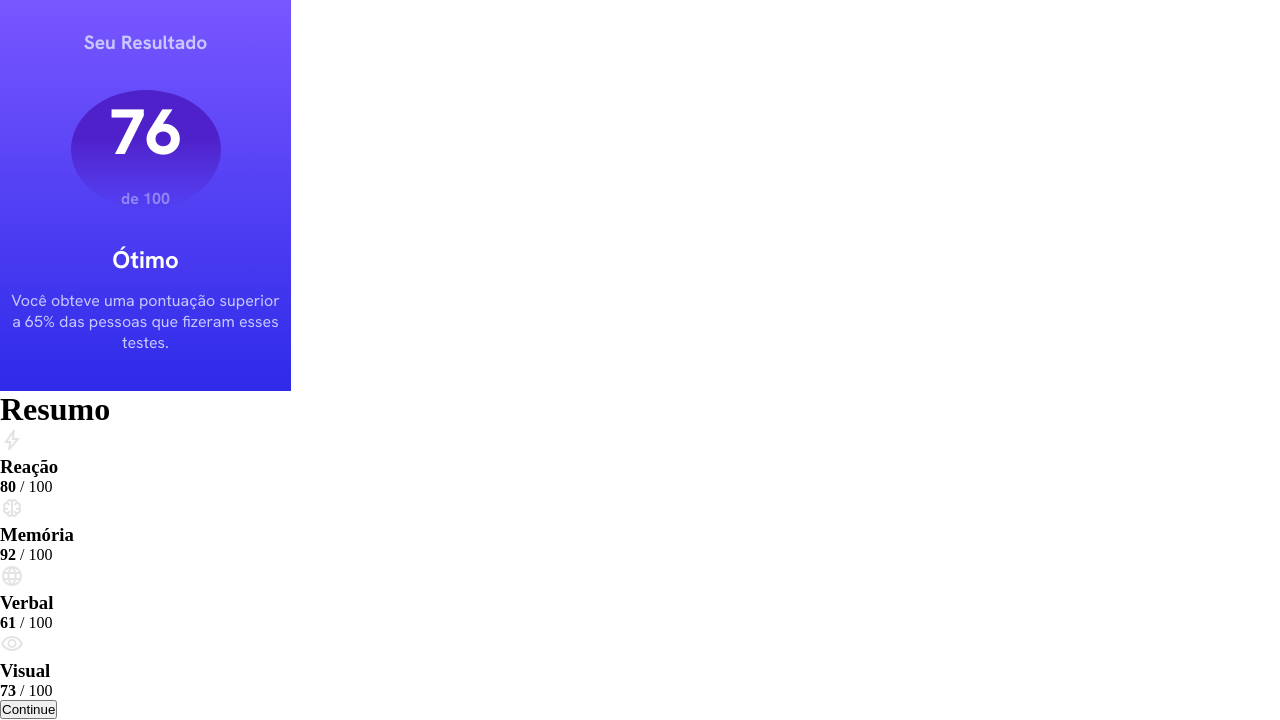
Repository: caique2512/resumo-de-resultados
Page: index.html
An editor plug-in stored every save of this project. The page is shown before and after the next save, followed by the edit.
The browser window is 1280 px wide. The pictures show the whole page.

Above is the page before, as saved 2026-03-09 16:52:39.

After the next save:
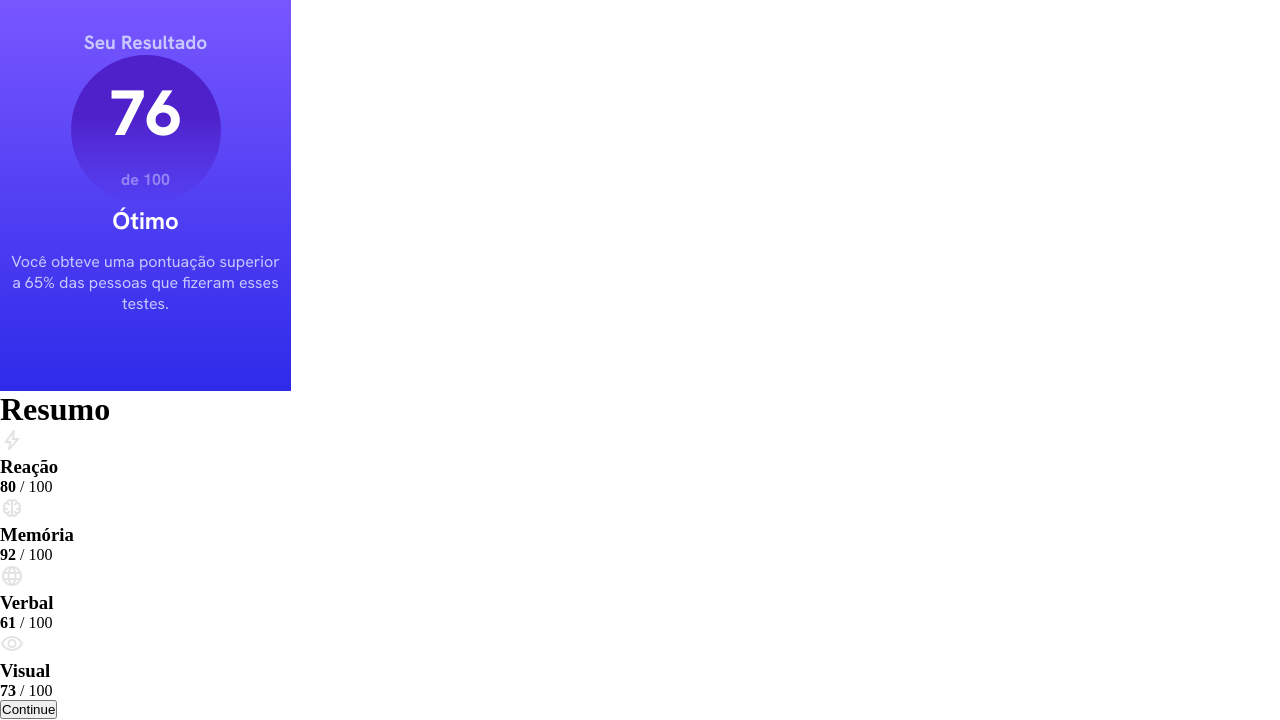
Saved 6 s later.
--- a/src/css/estilos.css
+++ b/src/css/estilos.css
@@ -26,7 +26,7 @@
     align-items: center;
     justify-content: center;
     flex-direction: column;
-    margin: 35px 35px;
+
 }
 
 .circulo h2 {

After the save that followed:
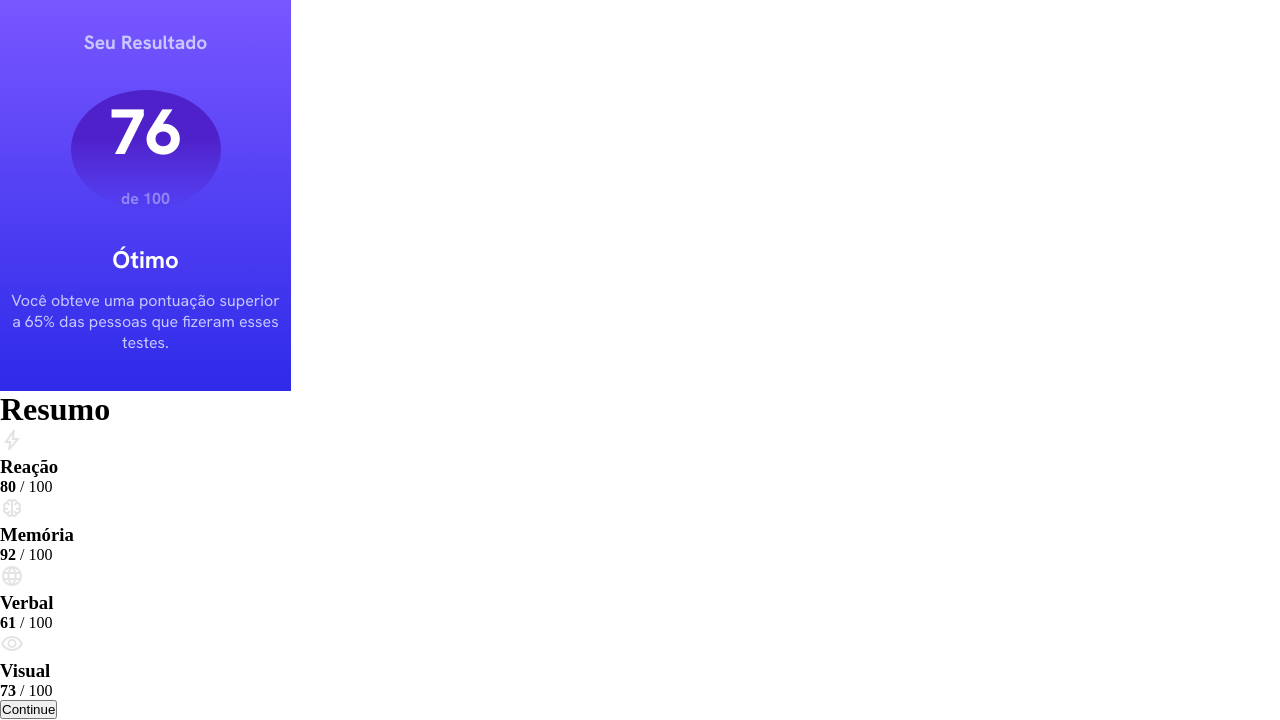
Saved 4 s later.
--- a/src/css/estilos.css
+++ b/src/css/estilos.css
@@ -26,7 +26,7 @@
     align-items: center;
     justify-content: center;
     flex-direction: column;
-
+    margin: 35px 35px;
 }
 
 .circulo h2 {
